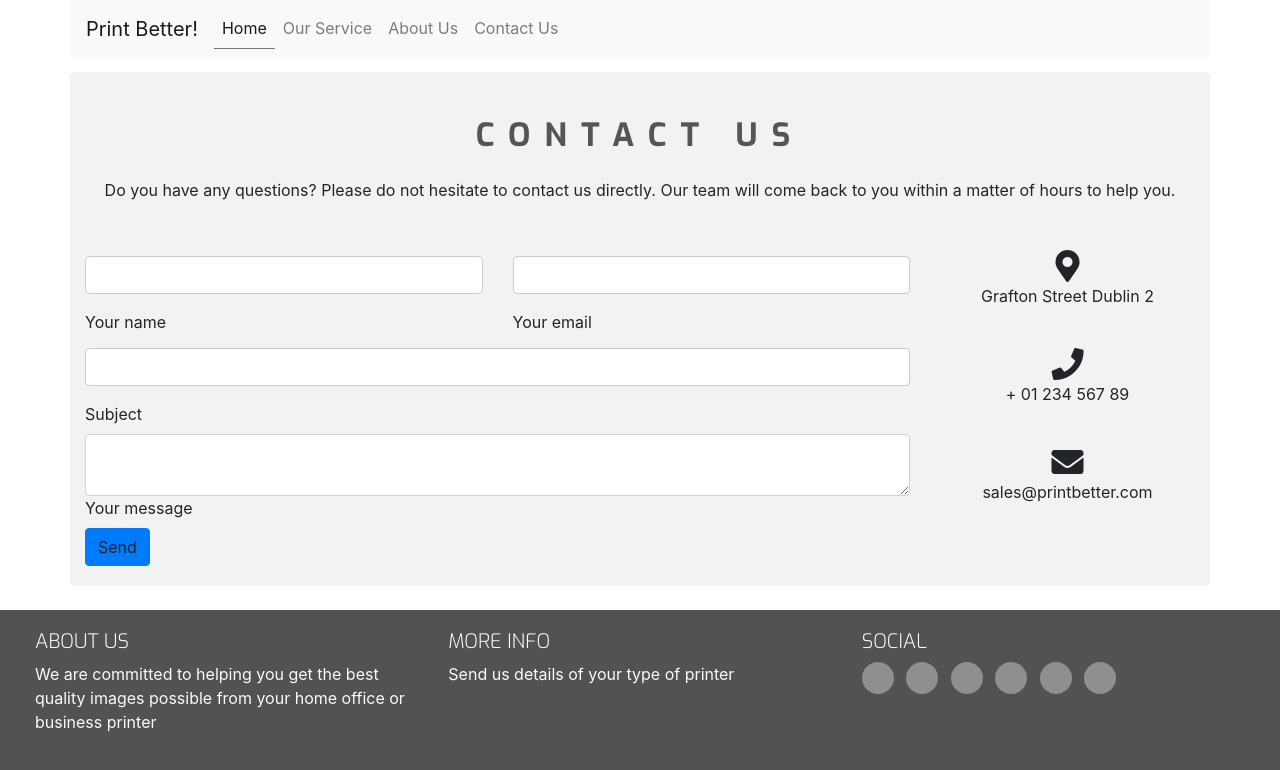
Repository: marks530/first_milestone
Page: Contact_Us.html
These files come from the project's save history. The page is drawn as it stood at one moment and after the next save; the edit follows.
The browser window is 1280 px wide. The pictures show the whole page.
Some web libraries are served in a nearby version.

Above is the page before, as saved 2021-03-19 18:35:11.

### Contact_Us.html
<!DOCTYPE html>
<html lang="en">

<head>
    <meta charset="UTF-8">
    <meta http-equiv="X-UA-Compatible" content="IE=edge">
    <meta name="viewport" content="width=device-width, initial-scale=1.0">
    <link href="css/style.css" rel="stylesheet" type="text/css" />
    <link rel="stylesheet" href="https://maxcdn.bootstrapcdn.com/bootstrap/4.2.1/css/bootstrap.min.css" type="text/css" />
    <link rel="stylesheet" href="https://maxcdn.bootstrapcdn.com/font-awesome/4.7.0/css/font-awesome.min.css" type="text/css" />
    <link rel="stylesheet" href="https://cdnjs.cloudflare.com/ajax/libs/hover.css/2.1.1/css/hover-min.css" type="text/css" />
    <link href='https://fonts.googleapis.com/css?family=Roboto:100,200,300,400' rel='stylesheet' type='text/css'>
    <link rel="stylesheet" href="https://use.fontawesome.com/releases/v5.15.2/css/all.css" integrity="sha384-vSIIfh2YWi9wW0r9iZe7RJPrKwp6bG+s9QZMoITbCckVJqGCCRhc+ccxNcdpHuYu" crossorigin="anonymous">
    <title>Document</title>
</head>

<body>
    <section>
        <nav class="navbar navbar-custom navbar-expand-lg navbar-light bg-light container">
            <a class="navbar-brand" href="#">Print Better!</a>
            <button class="navbar-toggler" type="button" data-toggle="collapse" data-target="#navbarSupportedContent" aria-controls="navbarSupportedContent" aria-expanded="false" aria-label="Toggle navigation">
            <span class="navbar-toggler-icon"></span>
            </button>

            <div class="collapse navbar-collapse" id="navbarSupportedContent">
                <ul class="navbar-nav mr-auto">
                    <li class="nav-item active">
                        <a class="nav-link" href="#">Home <span class="sr-only">(current)</span></a>
                    </li>
                    <li class="nav-item">
                        <a class="nav-link" href="service.html">Our Service</a>
                    </li>
                    <li class="nav-item">
                        <a class="nav-link" href="about_us.html">About Us</a>
                    </li>
                    <li class="nav-item">
                        <a class="nav-link" href="#">Contact Us</a>
                    </li>
                </ul>

            </div>
        </nav>
    </section>

    <!--Section: Contact v.2-->
    <section class="mb-4 container contact">

        <!--Section heading-->
        <h2 class="h1-responsive font-weight-bold text-center my-4">Contact us</h2>
        <!--Section description-->
        <p class="text-center w-responsive mx-auto mb-5">Do you have any questions? Please do not hesitate to contact us directly. Our team will come back to you within a matter of hours to help you.</p>

        <div class="row">

            <!--Grid column-->
            <div class="col-md-9 mb-md-0 mb-5">
                <form id="contact-form" name="contact-form" action="mail.php" method="POST">

                    <!--Grid row-->
                    <div class="row">

                        <!--Grid column-->
                        <div class="col-md-6">
                            <div class="md-form mb-0">
                                <input type="text" id="name" name="name" class="form-control">
                                <label for="name" class="">Your name</label>
                            </div>
                        </div>
                        <!--Grid column-->

                        <!--Grid column-->
                        <div class="col-md-6">
                            <div class="md-form mb-0">
                                <input type="text" id="email" name="email" class="form-control">
                                <label for="email" class="">Your email</label>
                            </div>
                        </div>
                        <!--Grid column-->

                    </div>
                    <!--Grid row-->

                    <!--Grid row-->
                    <div class="row">
                        <div class="col-md-12">
                            <div class="md-form mb-0">
                                <input type="text" id="subject" name="subject" class="form-control">
                                <label for="subject" class="">Subject</label>
                            </div>
                        </div>
                    </div>
                    <!--Grid row-->

                    <!--Grid row-->
                    <div class="row">

                        <!--Grid column-->
                        <div class="col-md-12">

                            <div class="md-form">
                                <textarea type="text" id="message" name="message" rows="2" class="form-control md-textarea"></textarea>
                                <label for="message">Your message</label>
                            </div>

                        </div>
                    </div>
                    <!--Grid row-->

                </form>

                <div class="text-center text-md-left">
                    <a class="btn btn-primary">Send</a>
                </div>
                <div class="status"></div>
            </div>
            <!--Grid column-->

            <!--Grid column-->
            <div class="col-md-3 text-center">
                <ul class="list-unstyled mb-0">
                    <li><i class="fas fa-map-marker-alt fa-2x"></i>
                        <p>Grafton Street Dublin 2</p>
                    </li>

                    <li><i class="fas fa-phone mt-4 fa-2x"></i>
                        <p>+ 01 234 567 89</p>
                    </li>

                    <li><i class="fas fa-envelope mt-4 fa-2x"></i>
                        <p>sales@printbetter.com</p>
                    </li>
                </ul>
            </div>
            <!--Grid column-->

        </div>

    </section>
    <!--Section: Contact v.2-->
    <footer class="container-fluid">
        <div id="footer-details" class="row">
            <div class="col-sm-4">
                <h5 class="uppercase general-sub">About Us</h5>
                <p class="inline-block">
                    We are committed to helping you get the best quality images possible from your home office or business printer
                </p>
            </div>
            <div class="col-sm-4">
                <h5 class="uppercase general-sub">More Info</h5>
                <p class="inline-block">
                    Send us details of your type of printer
                </p>
            </div>
            <div class="col-sm-4">
                <h5 class="uppercase general-sub">Social</h5>
                <ul class="list-inline social-links">
                    <li class="list-inline-item">
                        <a target="_blank" href="#">
                            <i class="fa fa-facebook" aria-hidden="true"></i>
                            <span class="sr-only">Facebook</span>
                        </a>
                    </li>
                    <li class="list-inline-item">
                        <a target="_blank" href="#">
                            <i class="fa fa-twitter" aria-hidden="true"></i>
                            <span class="sr-only">Twitter</span>
                        </a>
                    </li>
                    <li class="list-inline-item">
                        <a target="_blank" href="#">
                            <i class="fa fa-linkedin" aria-hidden="true"></i>
                            <span class="sr-only">LinkedIn</span>
                        </a>
                    </li>
                    <li class="list-inline-item">
                        <a target="_blank" href="#">
                            <i class="fa fa-pinterest" aria-hidden="true"></i>
                            <span class="sr-only">Pinterest</span>
                        </a>
                    </li>
                    <li class="list-inline-item">
                        <a target="_blank" href="#">
                            <i class="fa fa-instagram" aria-hidden="true"></i>
                            <span class="sr-only">Instagram</span>
                        </a>
                    </li>
                    <li class="list-inline-item">
                        <a target="_blank" href="#">
                            <i class="fa fa-youtube" aria-hidden="true"></i>
                            <span class="sr-only">YouTube</span>
                        </a>
                    </li>
                </ul>
            </div>
        </div>
    </footer>
    <script src="https://cdnjs.cloudflare.com/ajax/libs/popper.js/1.12.9/umd/popper.min.js" integrity="sha384-ApNbgh9B+Y1QKtv3Rn7W3mgPxhU9K/ScQsAP7hUibX39j7fakFPskvXusvfa0b4Q" crossorigin="anonymous"></script>
    <script src="https://code.jquery.com/jquery-3.2.1.slim.min.js" integrity="sha384-KJ3o2DKtIkvYIK3UENzmM7KCkRr/rE9/Qpg6aAZGJwFDMVNA/GpGFF93hXpG5KkN" crossorigin="anonymous"></script>
    <script src="https://maxcdn.bootstrapcdn.com/bootstrap/4.0.0/js/bootstrap.min.js" integrity="sha384-JZR6Spejh4U02d8jOt6vLEHfe/JQGiRRSQQxSfFWpi1MquVdAyjUar5+76PVCmYl" crossorigin="anonymous"></script>

</body>

</html>

### css/style.css
@import url('https://fonts.googleapis.com/css?family=Roboto:100,200,300,400,500,600,700|Exo:100,200,300,400,500,600,700');
body {
    font-family: Roboto;
    color: #777777
}

h2 {
    font-family: Exo;
    text-transform: uppercase;
    letter-spacing: 14px;
    color: #555555
}

#logo {
    float: left;
    font-size: 280%;
    margin-left: 120px;
}

#menu {
    font-size: 140%;
    list-style-type: none;
    letter-spacing: 1px;
    margin-right: 120px;
}

#menu {
    line-height: 75px;
}

#menu li {
    float: right;
    margin-right: 20px;
}

#menu a {
    text-decoration: none;
    color: inherit;
}

#menu a:hover {
    border-bottom: 1px solid #777777;
}

.active {
    border-bottom: 1px solid #777777;
}

.center {
    display: block;
    margin-left: auto;
    margin-right: auto;
    width: 65%;
    height: auto;
}

.old-new {
    max-width: 100%;
    height: auto;
    object-fit: contain;
}

#move-image-down {
    margin-top: 30px;
}

.jumbotron {
    padding-left: 20px;
    padding-right: 20px;
}


/*---------------Special paddings/margins/text */

h1,
h2,
h3,
h4 {
    margin: 0;
}

.uppercase {
    text-transform: uppercase;
}

.general-sub {
    font-family: "Exo", sans serif;
    font-weight: 300;
    color: #fafafa;
}

.shift {
    margin-top: 20px;
}


/*----------------------------------Footer */

footer {
    background-color: #525252;
    color: #fafafa;
    min-height: 120px;
    margin: 0;
}

.inline-block {
    display: inline-block;
}

.social-links {
    padding-bottom: 15px;
}

.social-links li a i {
    width: 32px;
    height: 32px;
    padding: 12px 0;
    border-radius: 50%;
    font-size: 13px;
    line-height: 7px;
    text-align: center;
    color: #fafafa;
    background: #8f8f8f;
    transition: all 0.35s ease-in-out;
    -moz-transition: all 0.35s ease-in-out;
    -webkit-transition: all 0.35s ease-in-out;
    -o-transition: all 0.35s ease-in-out;
}

.social-links li a i:hover {
    background: #e84610;
}

#footer-details {
    padding: 20px;
}


/*----------------------------------Test for text in a box */

.container {
    position: relative;
    width: 50%;
}

.image {
    opacity: 1;
    display: block;
    width: 100%;
    height: auto;
    transition: .5s ease;
    backface-visibility: hidden;
}

.middle {
    transition: .5s ease;
    opacity: 0;
    position: absolute;
    top: 50%;
    left: 50%;
    transform: translate(-50%, -50%);
    -ms-transform: translate(-50%, -50%);
    text-align: center;
}

.container:hover .image {
    opacity: 0.3;
}

.container:hover .middle {
    opacity: 1;
}

.text {
    background-color: #4CAF50;
    color: white;
    font-size: 16px;
    padding: 16px 32px;
}

#space {
    margin-top: 15px;
    margin-bottom: 15px;
}


/*----------------------------------Logo gentle zoom effect on hover */

.zoom {
    padding: 10px;
    background-color: white;
    transition: transform .8s;
    /* Animation */
    width: auto;
    height: auto;
    margin: 0 auto;
}

.zoom:hover {
    transform: scale(1.05);
    /* (150% zoom - Note: if the zoom is too large, it will go outside of the viewport) */
}


/*----------------------------------Contact Form styling*/

* {
    box-sizing: border-box;
}

input[type=text],
select,
textarea {
    width: 100%;
    padding: 12px;
    border: 1px solid #ccc;
    border-radius: 4px;
    box-sizing: border-box;
    margin-top: 6px;
    margin-bottom: 16px;
    resize: vertical;
}

input[type=submit] {
    background-color: #4CAF50;
    color: white;
    padding: 12px 20px;
    border: none;
    border-radius: 4px;
    cursor: pointer;
}

input[type=submit]:hover {
    background-color: #45a049;
}

.container {
    border-radius: 5px;
    background-color: #f2f2f2;
    padding: 20px;
}

#circle-container {
    width: 300px;
    height: 300px;
    padding: 30px;
    border-style: solid;
    border-color: #cccccc;
    border-width: 1px;
    border-radius: 50%;
    margin: 0 auto;
}

.contact {
    margin-top: 15px;
}

After the next save:
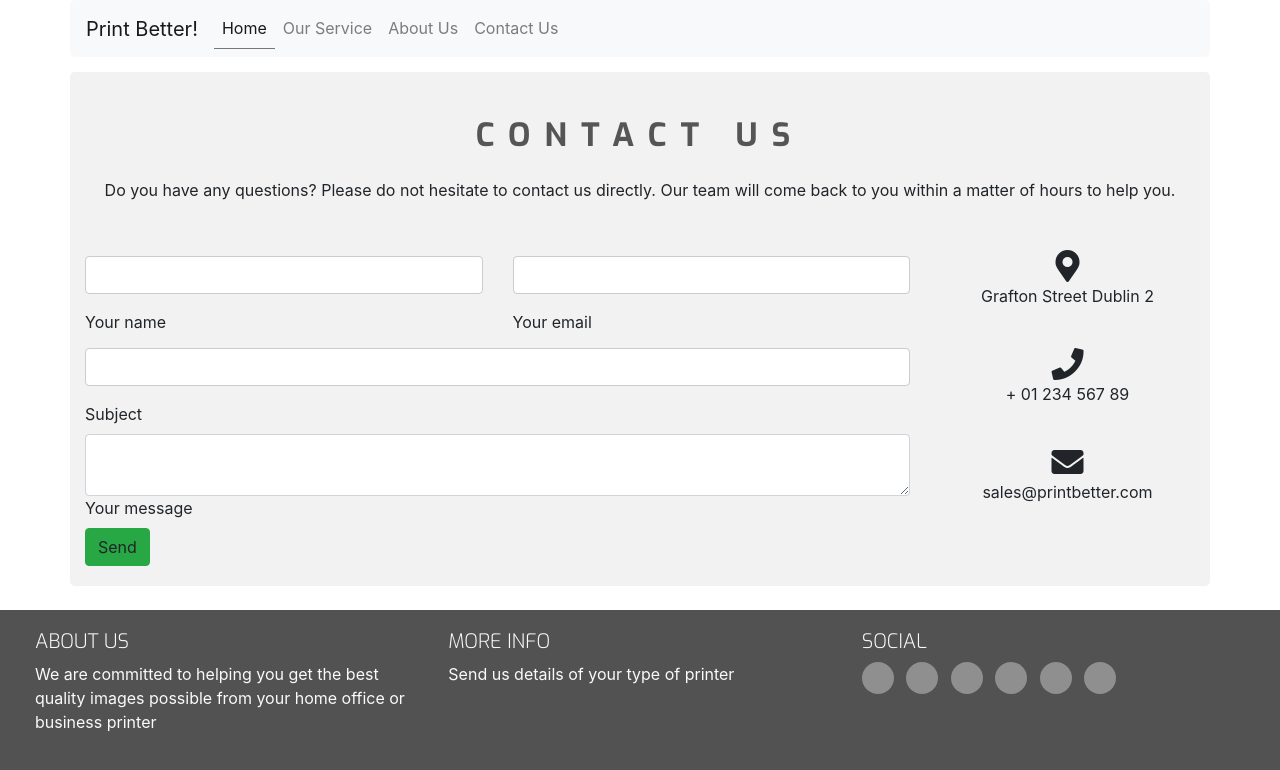
Saved 9 s later.
--- a/Contact_Us.html
+++ b/Contact_Us.html
@@ -109,7 +109,7 @@
                 </form>
 
                 <div class="text-center text-md-left">
-                    <a class="btn btn-primary">Send</a>
+                    <a class="btn btn-success">Send</a>
                 </div>
                 <div class="status"></div>
             </div>
